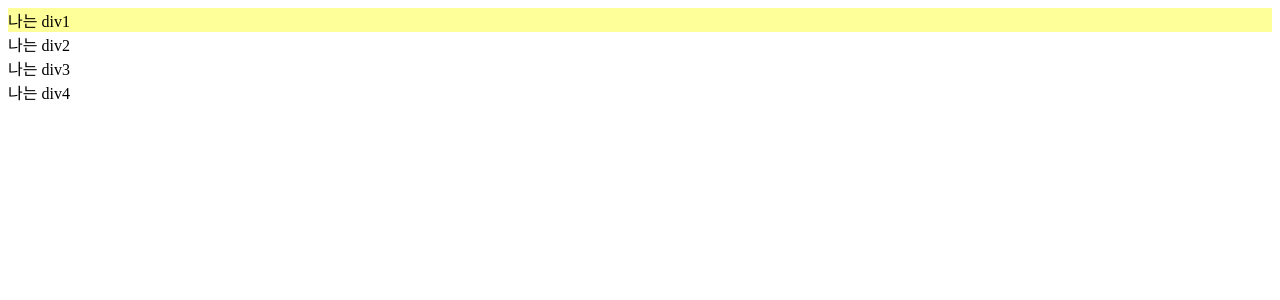
Repository: raccoon304/gugkbi_jsp
Page: HTML5/src/main/webapp/ch01_cssOrder/cssOrder.html
An editor plug-in stored every save of this project. The page is shown before and after the next save, followed by the edit.
The browser window is 1280 px wide. The pictures show the whole page.

Above is the page before, as saved 2025-11-13 07:24:03.

### HTML5/src/main/webapp/ch01_cssOrder/cssOrder.html
<!DOCTYPE html>
<html>
<head>
<meta charset="UTF-8">
<title>CSS(Cascading Style Sheets)의 우선순위에 대해서 알아본다.</title>
</head>
<body>
	<!--  HTML 주석문  -->
	<div style="double: solid 2px black; background-color: #ffff99">나는 div1</div>
	<div>나는 div2</div>
	<div>나는 div3</div>
	<div>나는 div4</div>
</body>
</html>

After the next save:
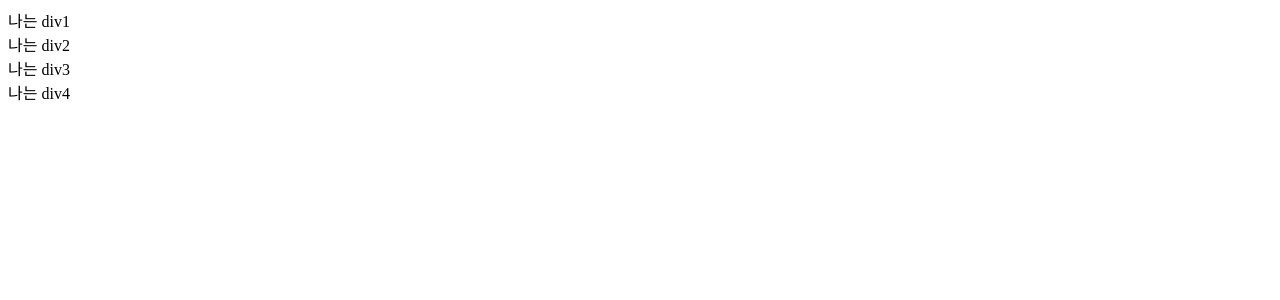
Saved 45 s later.
--- a/HTML5/src/main/webapp/ch01_cssOrder/cssOrder.html
+++ b/HTML5/src/main/webapp/ch01_cssOrder/cssOrder.html
@@ -6,7 +6,7 @@
 </head>
 <body>
 	<!--  HTML 주석문  -->
-	<div style="double: solid 2px black; background-color: #ffff99">나는 div1</div>
+	<div double-style="double: solid 2px black; background-color: #ffff99">나는 div1</div>
 	<div>나는 div2</div>
 	<div>나는 div3</div>
 	<div>나는 div4</div>

After the save that followed:
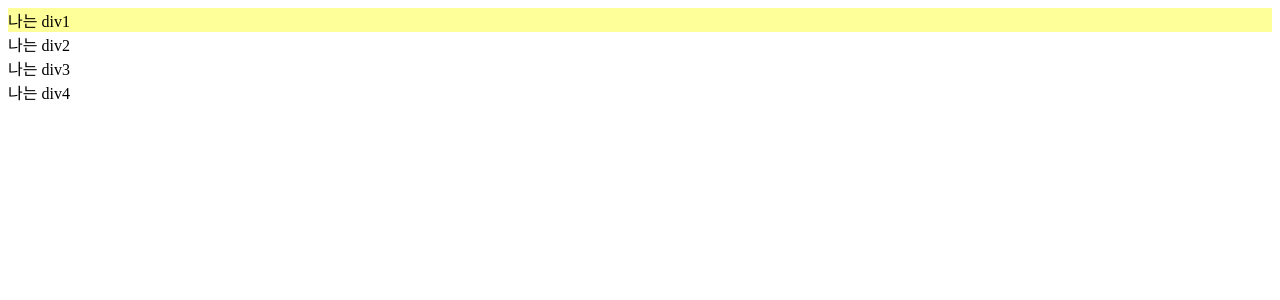
Saved 11 s later.
--- a/HTML5/src/main/webapp/ch01_cssOrder/cssOrder.html
+++ b/HTML5/src/main/webapp/ch01_cssOrder/cssOrder.html
@@ -6,7 +6,7 @@
 </head>
 <body>
 	<!--  HTML 주석문  -->
-	<div double-style="double: solid 2px black; background-color: #ffff99">나는 div1</div>
+	<div style="double: solid 2px black; background-color: #ffff99">나는 div1</div>
 	<div>나는 div2</div>
 	<div>나는 div3</div>
 	<div>나는 div4</div>
